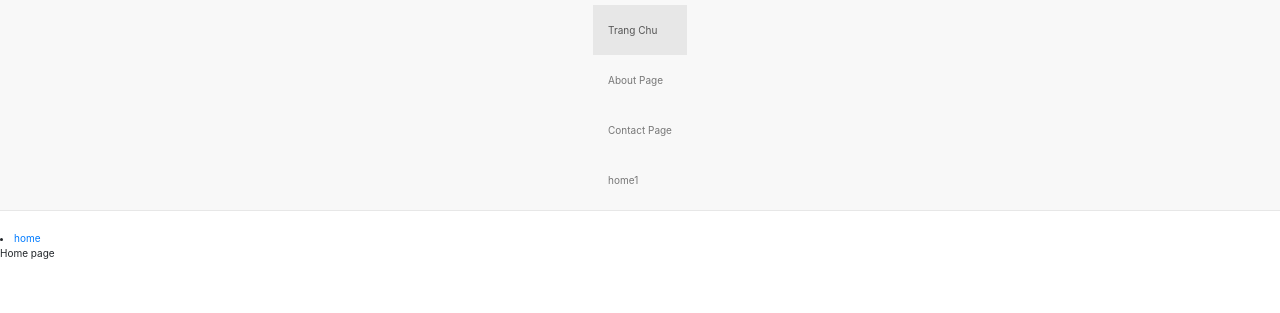
Repository: hntvip/react-route
Page: /
These files come from the project's save history. The page is drawn as it stood at one moment and after the next save; the edit follows.
The browser window is 1280 px wide. The pictures show the whole page.
The project was rebuilt for these pictures with package versions that can differ from the ones it lists, and the page was loaded fresh each time. Also part of the build but not shown: src/components/About.js, src/components/Contact.js.

Above is the page before, as saved 2019-11-28 10:48:29.

After the next save:
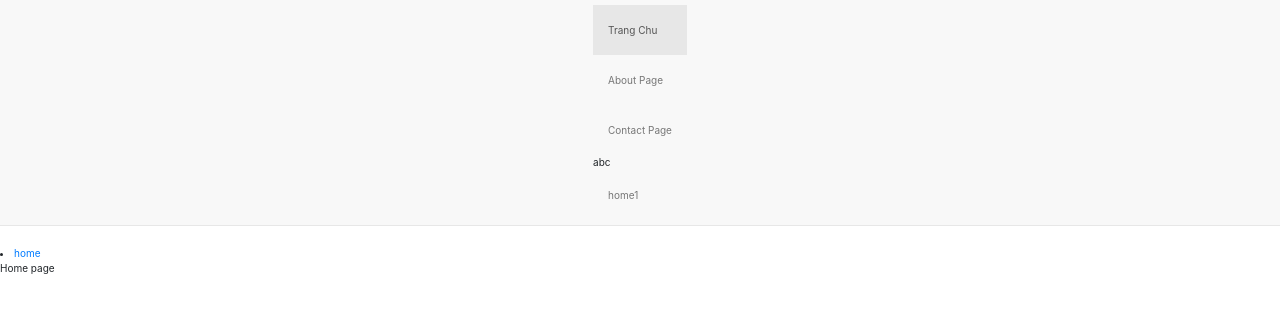
Saved 21 s later.
--- a/src/components/Menu.js
+++ b/src/components/Menu.js
@@ -36,6 +36,7 @@
       <nav className="navbar navbar-default navbar-fixed-top" role="navigation">
         <ul className="nav navbar-nav">
           { this.showMenus(menus)}
+          abc
           <MenuLink to="/home1"
             label="home1"
             activeOnlyWhenExact="true"

After the save that followed:
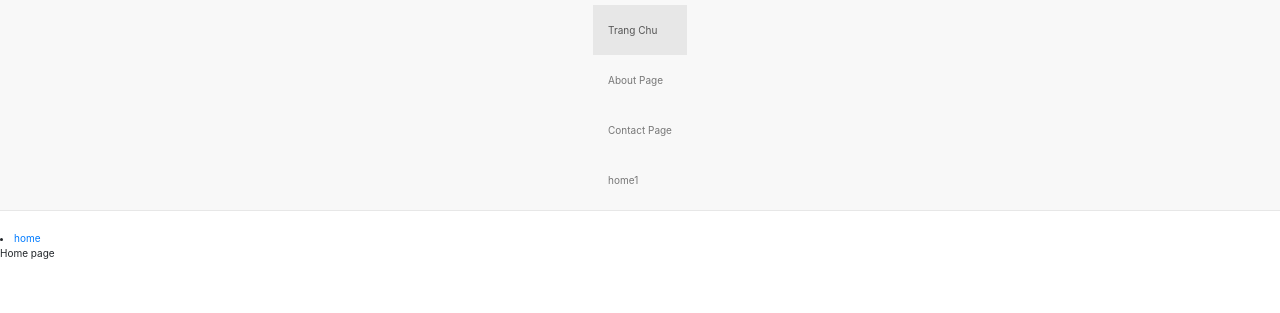
Saved 25 s later.
--- a/src/components/Menu.js
+++ b/src/components/Menu.js
@@ -36,7 +36,6 @@
       <nav className="navbar navbar-default navbar-fixed-top" role="navigation">
         <ul className="nav navbar-nav">
           { this.showMenus(menus)}
-          abc
           <MenuLink to="/home1"
             label="home1"
             activeOnlyWhenExact="true"
